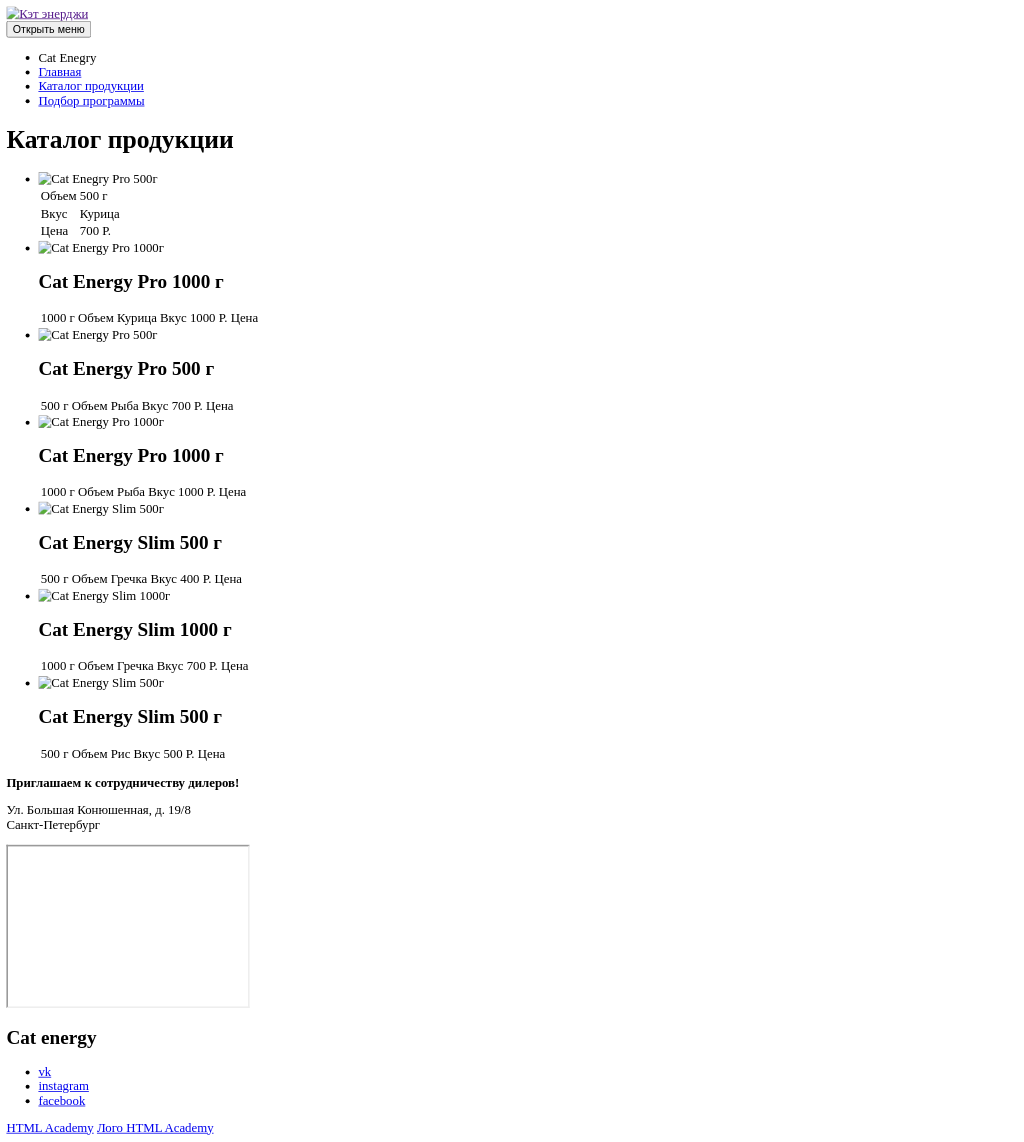
Repository: infernotw/1054987-cat-energy-17
Page: source/catalog.html
These files come from the project's save history. The page is drawn as it stood at one moment and after the next save; the edit follows.
The browser window is 1280 px wide. The pictures show the whole page, at 80% of full size.

Above is the page before, as saved 2019-07-17 05:28:15.

After the next save:
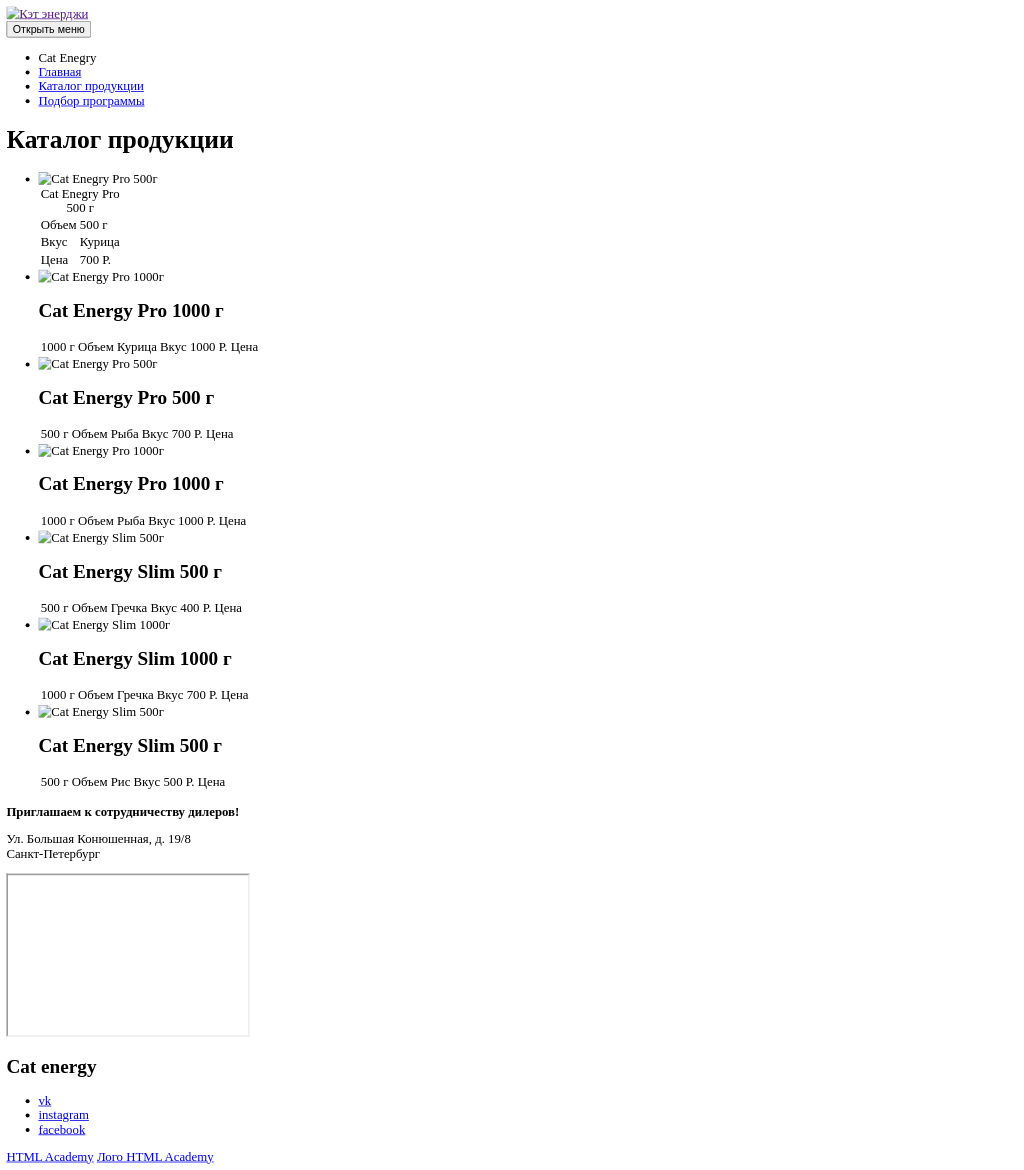
Saved 52 s later.
--- a/source/catalog.html
+++ b/source/catalog.html
@@ -41,9 +41,7 @@
           <li class="catalog__item">
             <img src="#" alt="Cat Enegry Pro 500г" class="catalog__img">
             <table class="catalog__about">
-              <caption>
-
-              </caption>
+              <caption class="catalog__subtitle">Cat Enegry Pro 500 г</caption>
               <tr>
                 <td class="catalog__field">Объем</td>
                 <td class="catalog__value">500 г</td>
